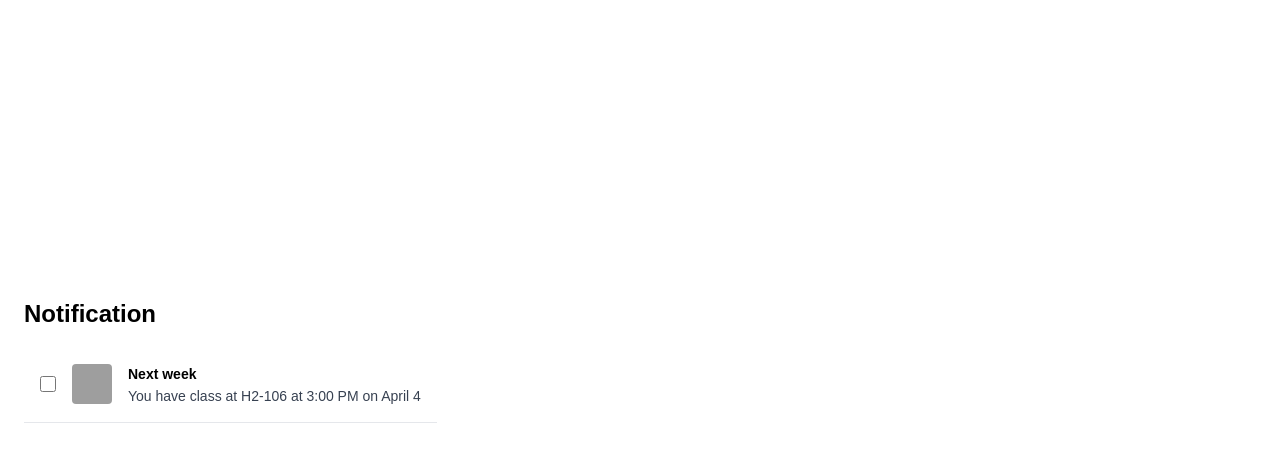
Repository: CNPM-S3MRS/frontend-web
Page: /notification
An editor plug-in stored every save of this project. The page is shown before and after a run of saves, followed by the edit.
The browser window is 1280 px wide. The pictures show the whole page.
Pictures or frames that could not be fetched are drawn as grey boxes. The project was rebuilt for these pictures with package versions that can differ from the ones it lists, and the page was loaded fresh each time. Also part of the build but not shown: vite.config.js, src/pages/auth/Login.jsx.

Above is the page before, as saved 2025-04-08 23:08:41.

After the next 2 saves:
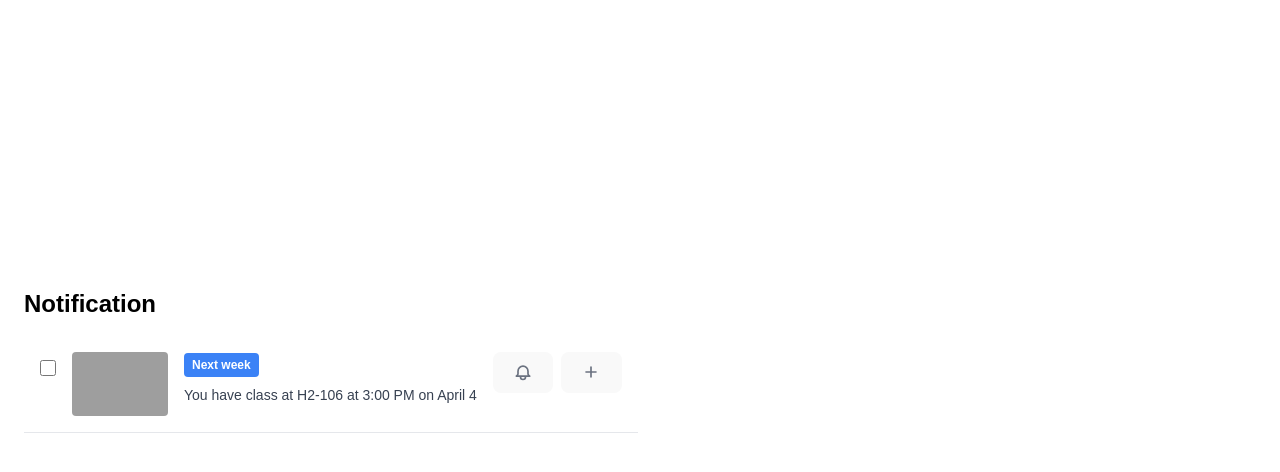
The 2 saves are shown as one change because they came seconds apart.
The last was saved 3 min 33 s later.
--- a/src/components/card/NotificationCard.jsx
+++ b/src/components/card/NotificationCard.jsx
@@ -2,25 +2,63 @@
 
 const NotificationCard = ({ image, status, statusColor, message }) => {
   return (
-    <div className="flex items-center space-x-4 p-4 border-b">
+    <div className="flex items-start space-x-4 p-4 border-b">
       {/* Checkbox */}
-      <input type="checkbox" className="w-4 h-4" />
+      <input type="checkbox" className="mt-2 w-4 h-4" />
 
       {/* Image */}
       <img
         src={image}
         alt="Notification"
-        className="w-10 h-10 object-cover rounded"
+        className="w-24 h-16 object-cover rounded"
       />
 
       {/* Content */}
-      <div>
+      <div className="flex-1">
+        {/* Status Badge */}
         <span
-          className={`text-sm font-semibold text-${statusColor}-500`}
+          className={`inline-block px-2 py-1 text-xs font-semibold text-white bg-${statusColor}-500 rounded`}
         >
           {status}
         </span>
-        <p className="text-sm text-gray-700">{message}</p>
+        {/* Message */}
+        <p className="text-sm text-gray-700 mt-2">{message}</p>
+      </div>
+
+      {/* Icons */}
+      <div className="flex items-center space-x-2">
+        <button>
+          <svg
+            xmlns="http://www.w3.org/2000/svg"
+            className="h-5 w-5 text-gray-500"
+            fill="none"
+            viewBox="0 0 24 24"
+            stroke="currentColor"
+          >
+            <path
+              strokeLinecap="round"
+              strokeLinejoin="round"
+              strokeWidth={2}
+              d="M15 17h5l-1.405-1.405A2.032 2.032 0 0118 14.158V11a6 6 0 10-12 0v3.159c0 .538-.214 1.055-.595 1.436L4 17h5m6 0v1a3 3 0 11-6 0v-1m6 0H9"
+            />
+          </svg>
+        </button>
+        <button>
+          <svg
+            xmlns="http://www.w3.org/2000/svg"
+            className="h-5 w-5 text-gray-500"
+            fill="none"
+            viewBox="0 0 24 24"
+            stroke="currentColor"
+          >
+            <path
+              strokeLinecap="round"
+              strokeLinejoin="round"
+              strokeWidth={2}
+              d="M12 6v6m0 0v6m0-6h6m-6 0H6"
+            />
+          </svg>
+        </button>
       </div>
     </div>
   );
